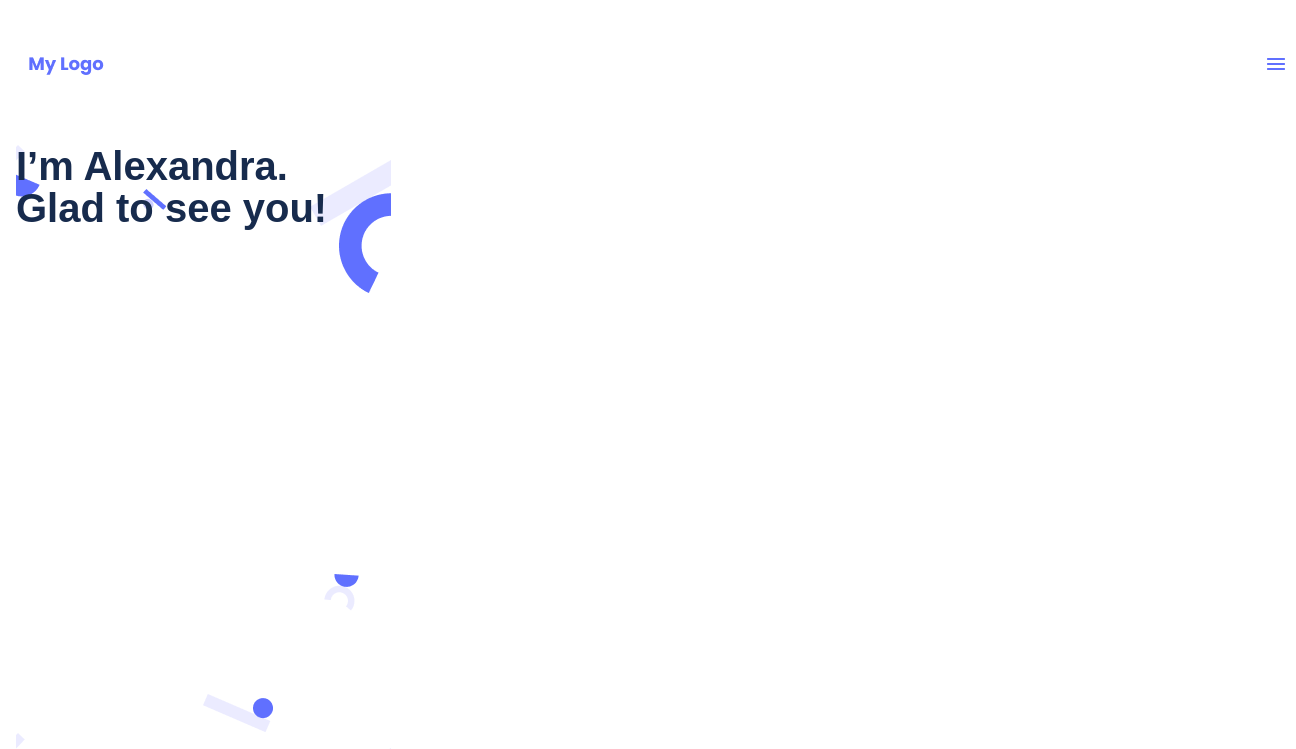
Repository: Paulinelali/potfoilo.github.io
Page: public/index.html
An editor plug-in stored every save of this project. The page is shown before and after a run of saves, followed by the edit.
The browser window is 1280 px wide. The page is 1296 px wide, then 1280 px, then 1296 px, so the pictures cover 1296 px, including what lies to the right of the window. The pictures show the whole page.

Above is the page before, as saved 2023-03-24 21:31:00.

### public/index.html
<!DOCTYPE html>
<html lang="en">
<head>
    <meta charset="UTF-8">
    <meta http-equiv="X-UA-Compatible" content="IE=edge">
    <meta name="viewport" content="width=device-width, initial-scale=1.0">
    <link rel="stylesheet" href="../styles/style.css">
    <title>Ayomide S.E.P</title>
</head>
<body>

    <header class="header header-top">
        <div class="header-inner sp-btw-flex">
            <div class="heoader-log">
                <img src="../assets/Logo Placeholder.png" alt="">
            </div>
            <div class="header-mobile-icon">
                <img src="../assets/Normal Button/Tertiary/Enabled.png" alt="">
            </div>
        </div>
    </header>

    <section class="intro-section">
        <h2 class="intro-title">I’m Alexandra.
            Glad to see you!</h2>
    </section>
</body>
</html>

### styles/style.css
*{
    box-sizing: border-box;
    padding: 0px;
    margin: 0px;
}
body{ padding: 0px 16px; width: 375px;}
.intro-section{
    background-image: url("../assets/header-shapes\ mobile.png");
    width: 375px;
    background-size: contain;
    position: absolute;
    top: 145px;
    height: 604px;

}

.intro-title{
    font-family: 'Poppins', sans-serif;
    font-size: 40px;
    font-weight: 700;
    line-height: 42px;
    color: #172B4D;
    width: 327px;
    align-items: center;
}

.header-inner{
    position: absolute;
    width: 100%;
    height: 48px;
    top: 44px;
    display: flex;
    justify-content: space-between;
}

.sp-btw-flex{ display: flex;}
.sp-btw-fle .heoader-log{
    width: 40px;
    height: 40px;
    left: 24px;
    top: cal(50% -40px/2);
    border-radius: 8px;
    -webkit-border-radius: 8px;
    -moz-border-radius: 8px;
    -ms-border-radius: 8px;
    -o-border-radius: 8px;
}

.header-mobile-icon{
    width: 40px;
    height: 40px;
    right: 24px;
    top: cal(50% -40px/2);
    border-radius: 8px;
    -webkit-border-radius: 8px;
    -moz-border-radius: 8px;
    -ms-border-radius: 8px;
    -o-border-radius: 8px;
}

After the next 2 saves:
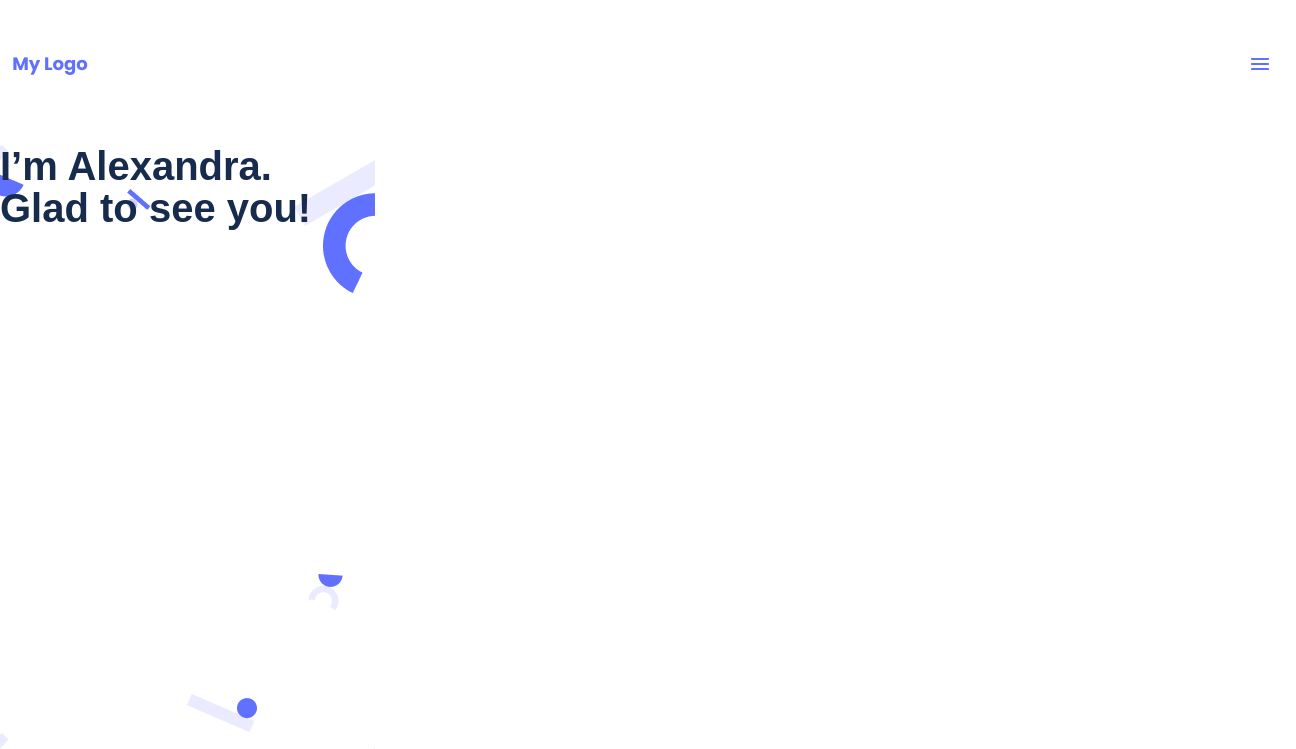
The 2 saves are shown as one change because they came seconds apart.
The last was saved 15 s later.
--- a/styles/style.css
+++ b/styles/style.css
@@ -3,7 +3,7 @@
     padding: 0px;
     margin: 0px;
 }
-body{ padding: 0px 16px; width: 375px;}
+body{width: 375px;}
 .intro-section{
     background-image: url("../assets/header-shapes\ mobile.png");
     width: 375px;

After the 2 saves that followed:
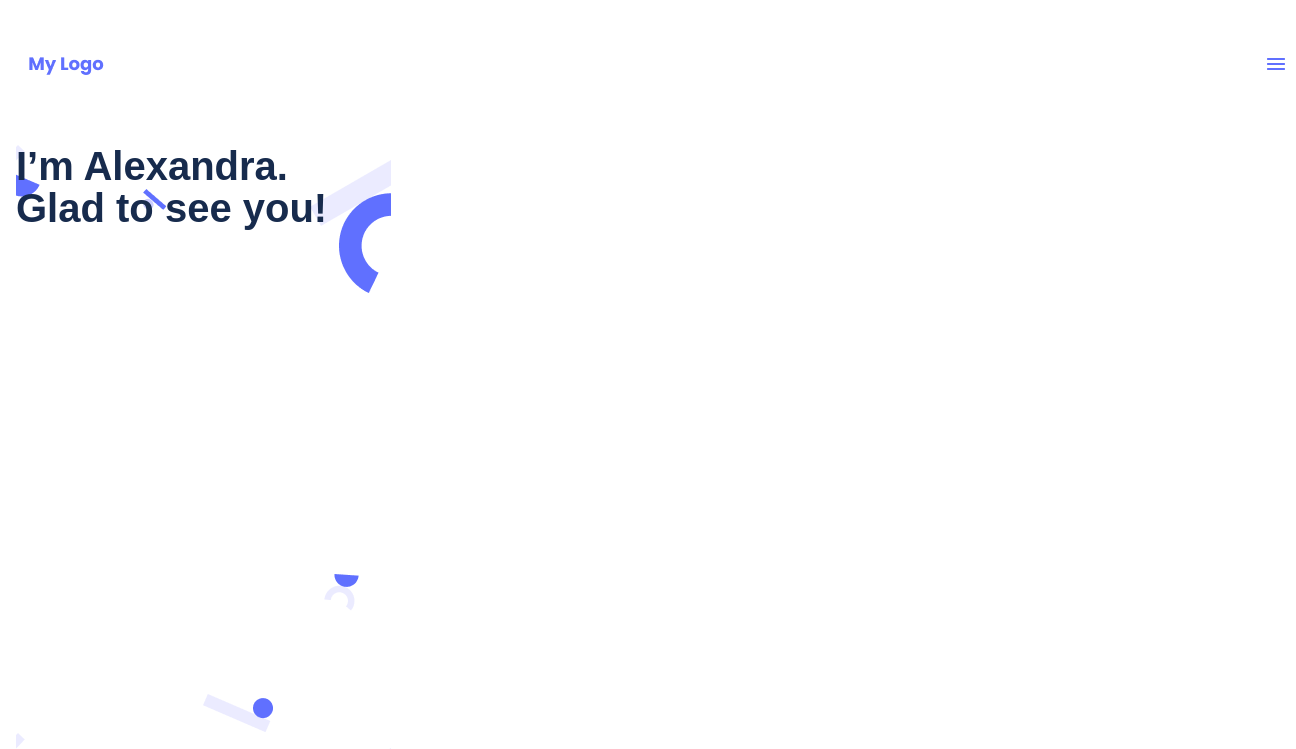
The 2 saves are shown as one change because they came seconds apart.
The last was saved 69 s later.
--- a/styles/style.css
+++ b/styles/style.css
@@ -3,7 +3,7 @@
     padding: 0px;
     margin: 0px;
 }
-body{width: 375px;}
+body{padding: 16px;}
 .intro-section{
     background-image: url("../assets/header-shapes\ mobile.png");
     width: 375px;
